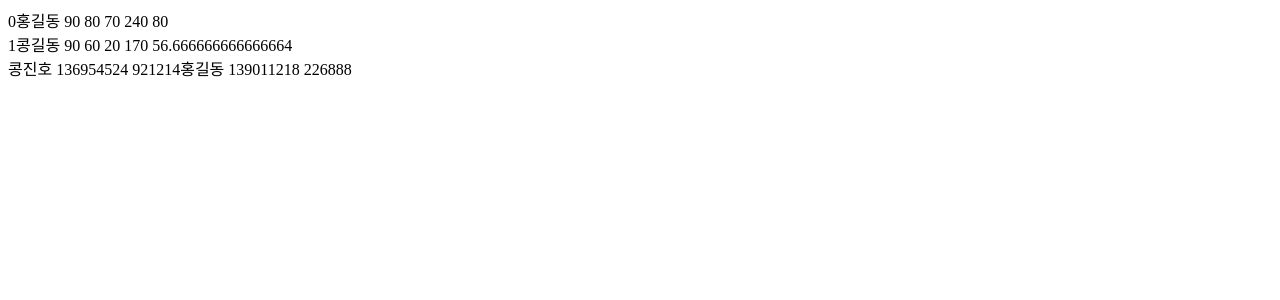
Repository: RyuJelly/java_web
Page: JavaScript/WebContent/oop/o_exam02.html
The author's editor kept a copy of each file at every save. The page is drawn from the files as they stood at one save, then again after the next save.
The browser window is 1280 px wide. The pictures show the whole page.

Above is the page before, as saved 2021-03-10 02:25:50.

After the next save:
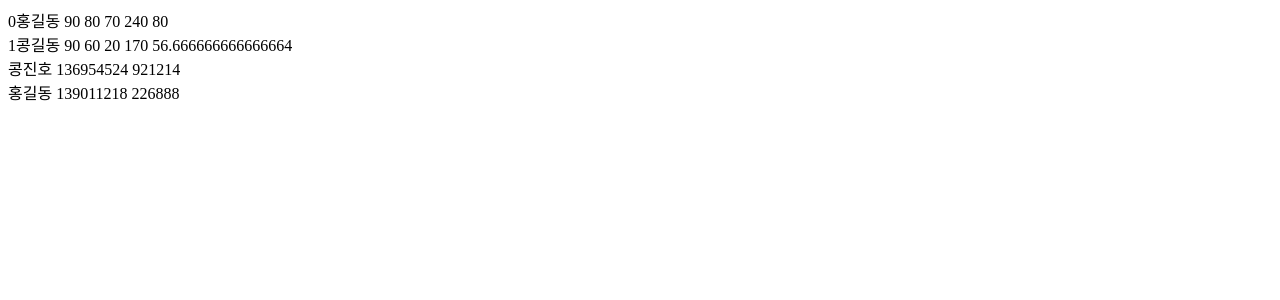
Saved 29 s later.
--- a/JavaScript/WebContent/oop/o_exam02.html
+++ b/JavaScript/WebContent/oop/o_exam02.html
@@ -61,6 +61,8 @@
 
 	phoneInfo1.display();
 
+	document.write("<br>");
+
 	for(var i in phoneInfos){
 		document.write(phoneInfos[i].display());
 	}
